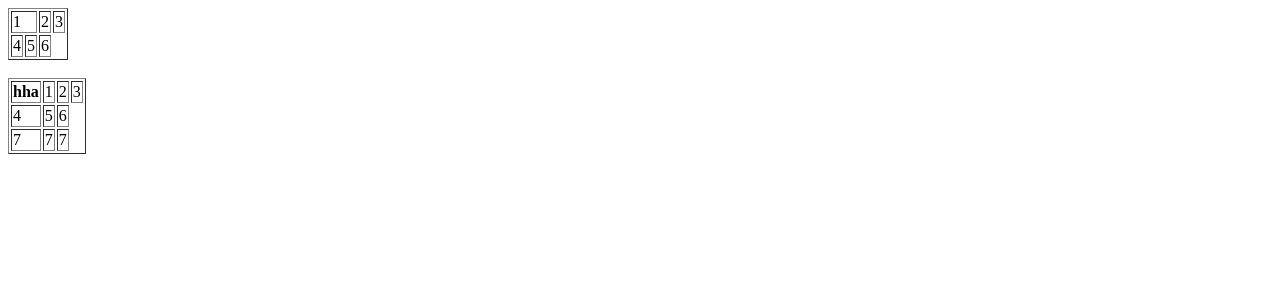
Repository: Jutta197/frontend726
Page: table.html
The author's editor kept a copy of each file at every save. The page is drawn from the files as they stood at one save, then again after the next save.
The browser window is 1280 px wide. The pictures show the whole page.

Above is the page before, as saved 2023-07-27 13:49:48.

After the next save:
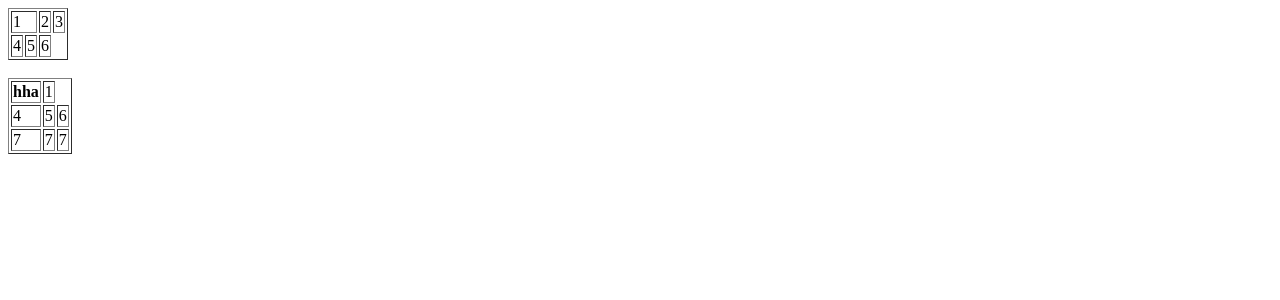
Saved 18 s later.
--- a/table.html
+++ b/table.html
@@ -26,8 +26,6 @@
         <tr>
             <th>hha</th>
             <td>1</td>
-            <td>2</td>
-            <td>3</td>
         </tr>
         <tr>
             <td>4</td>
